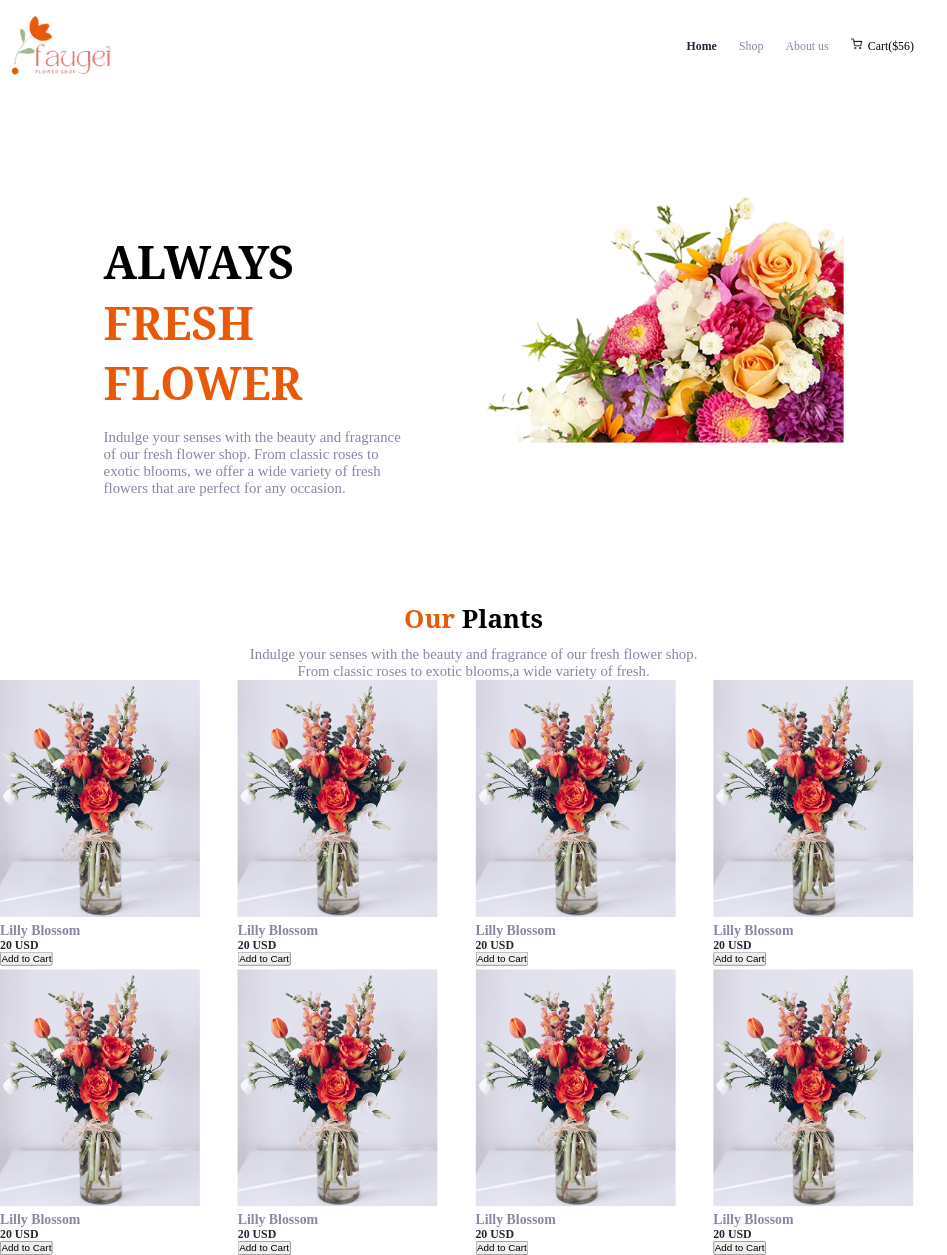
Repository: dollyrakhe22/Flowers-main-website
Page: index.html
An editor plug-in stored every save of this project. The page is shown before and after the next save, followed by the edit.
The browser window is 1280 px wide. The pictures show the whole page, at 74% of full size.
Some web libraries are served in a nearby version.

Above is the page before, as saved 2025-07-24 02:11:03.

After the next save:
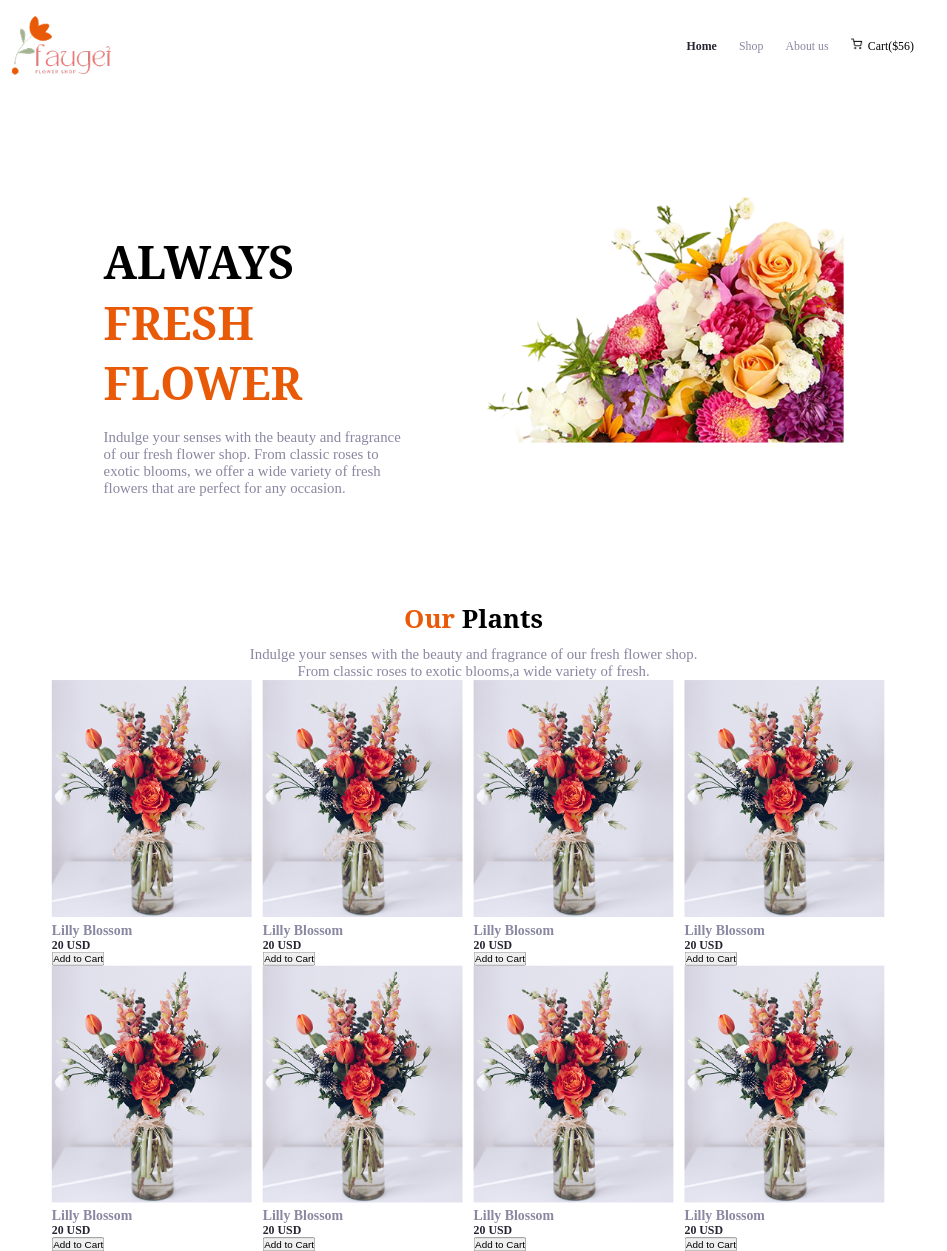
Saved 83 s later.
--- a/style.css
+++ b/style.css
@@ -86,7 +86,9 @@ nav ul li{
 }
 /*Plant-Card-Container*/
 .card-container{
+    max-width: 1140px;
+    margin: 0 auto;
     display: grid;
     grid-template-columns: repeat(4,1fr);
-    gap: 5px;
+
 }
